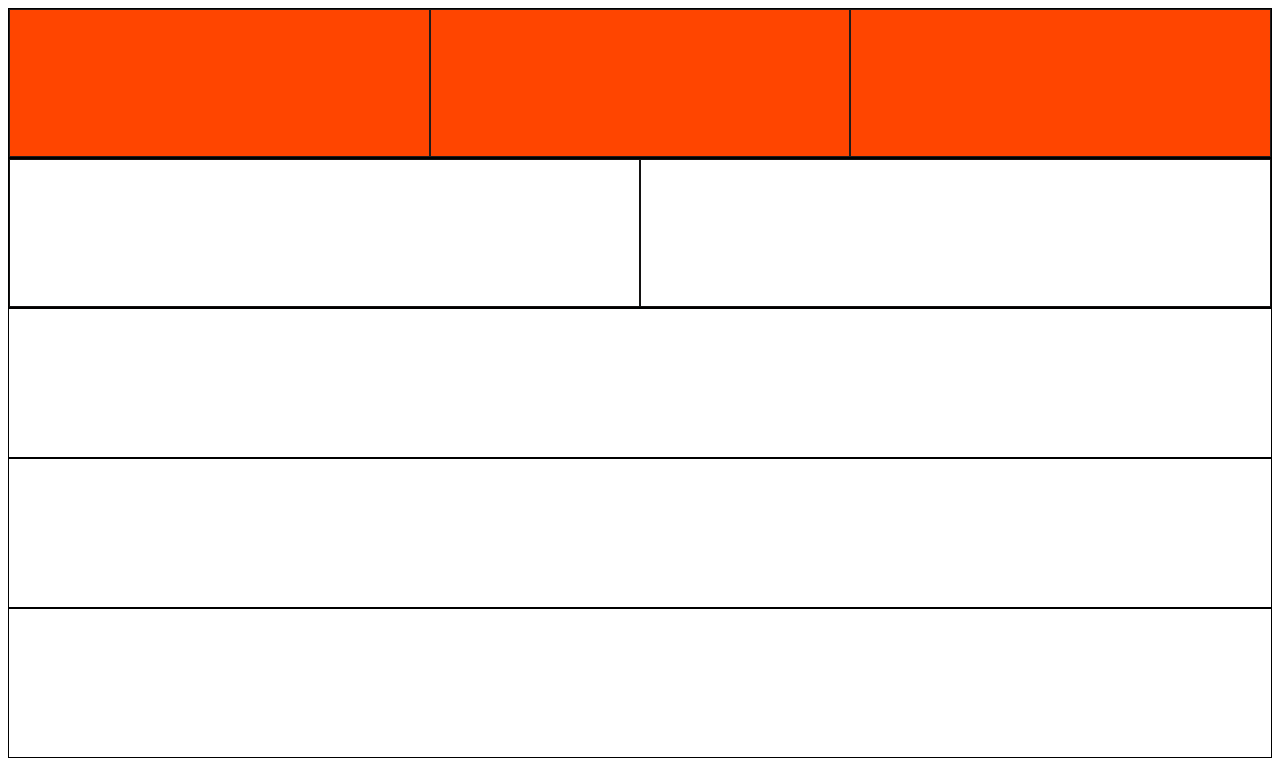
Repository: AishwaryaPandey987/PGLife
Page: home.html
An editor plug-in stored every save of this project. The page is shown before and after the next save, followed by the edit.
The browser window is 1280 px wide. The pictures show the whole page.

Above is the page before, as saved 2022-10-27 20:50:01.

### home.html
<!DOCTYPE html>
  <html>
    <head>
        <title>CSS Page</title>
         <link rel="stylesheet" href="css/style.css" />
    </head>
    <body>

      <div class="row">
        <div class="col"></div>
        <div class="col"></div>
        <div class="col"></div>
      </div>

      <div class="row">
        <div class="col2"></div>
        <div class="col2"></div>
      </div>

      <div class=" row"></div>

      <div class="row"></div>

      <div class="row"></div>
    </body>
  </html>

### css/style.css
* {
  box-sizing: border-box;
}

.row{

  border:  1px solid black;
 height: 150px;
 font-size: 0px;
}

.col{
  border: 1px solid rgb(31, 27, 28);
  display: inline-block;
  height: 100%;
  width: 33.33%;
background-color: orangered;

}
.col2{
  border: 1px solid rgb(19, 18, 18);
  display: inline-block;
  height: 100%;
  width: 50%;
}

After the next save:
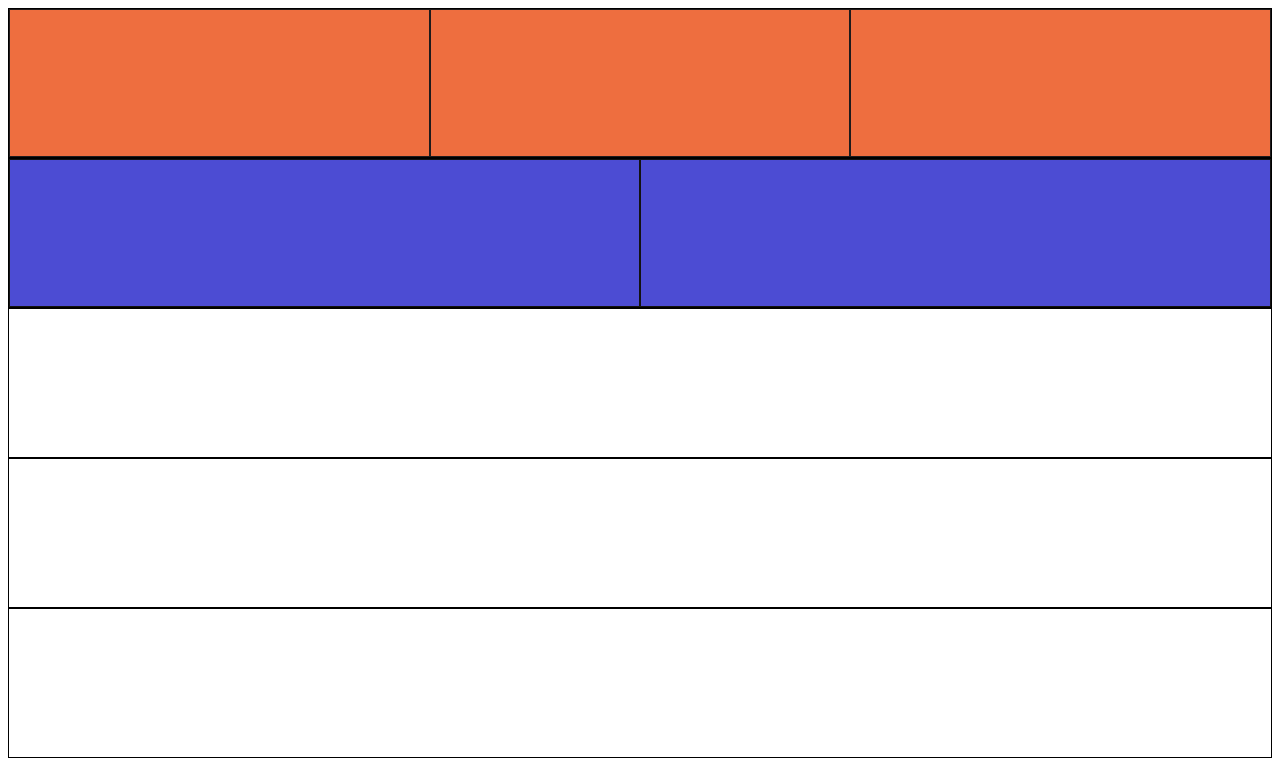
Saved 40 s later.
--- a/css/style.css
+++ b/css/style.css
@@ -14,7 +14,7 @@
   display: inline-block;
   height: 100%;
   width: 33.33%;
-background-color: orangered;
+background-color: rgb(238, 110, 63);
 
 }
 .col2{
@@ -22,4 +22,5 @@ background-color: orangered;
   display: inline-block;
   height: 100%;
   width: 50%;
+  background-color: rgb(76, 76, 211);
 }
